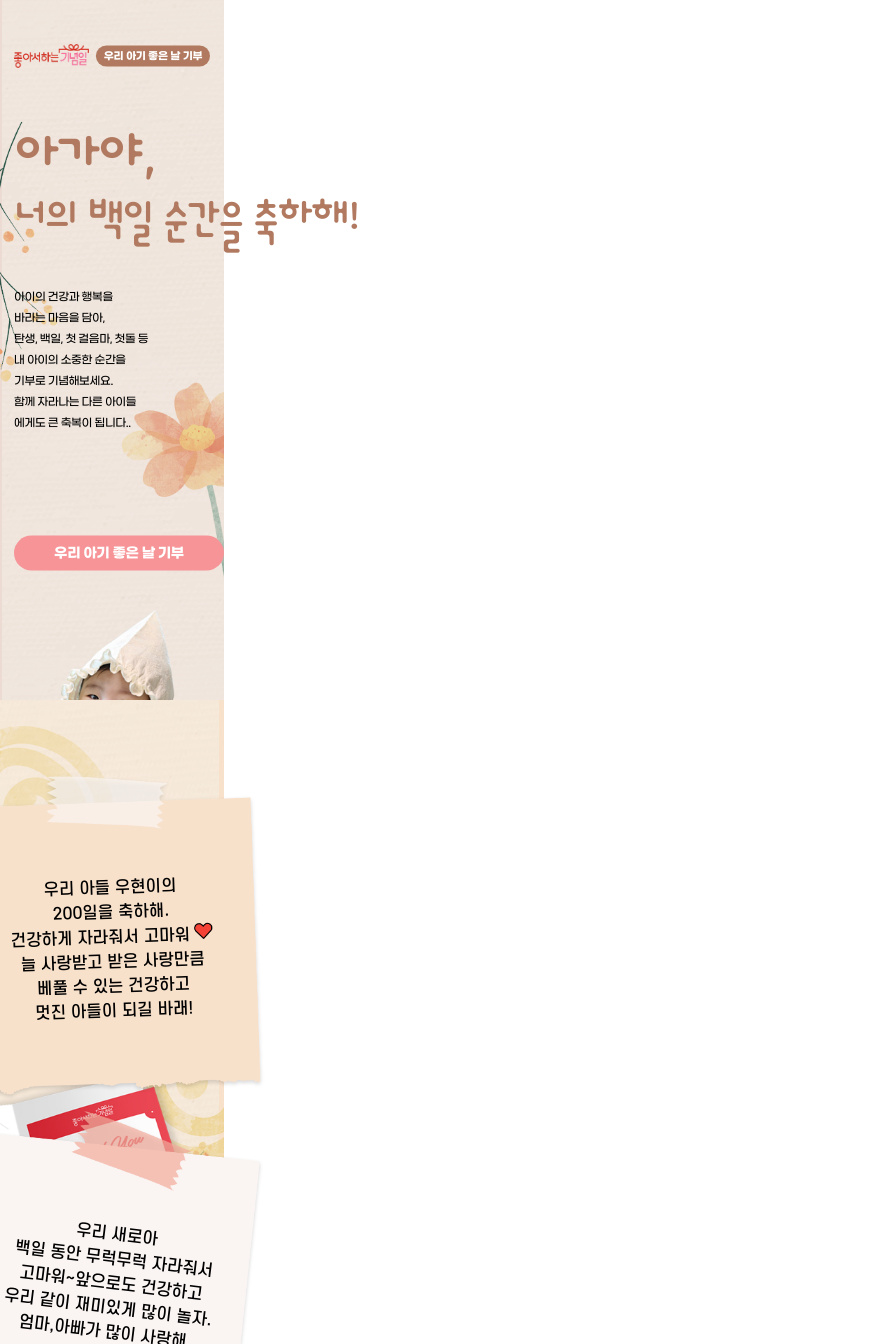
Repository: dlgywls1130/save_the_m320
Page: index.html
An editor plug-in stored every save of this project. The page is shown before and after the next save, followed by the edit.
The browser window is 1280 px wide. The pictures show the part of the page from y = 0 to 1920 px (the page is 10040 px tall), at 70% of full size.

Above is the page before, as saved 2023-12-21 00:42:00.

After the next save:
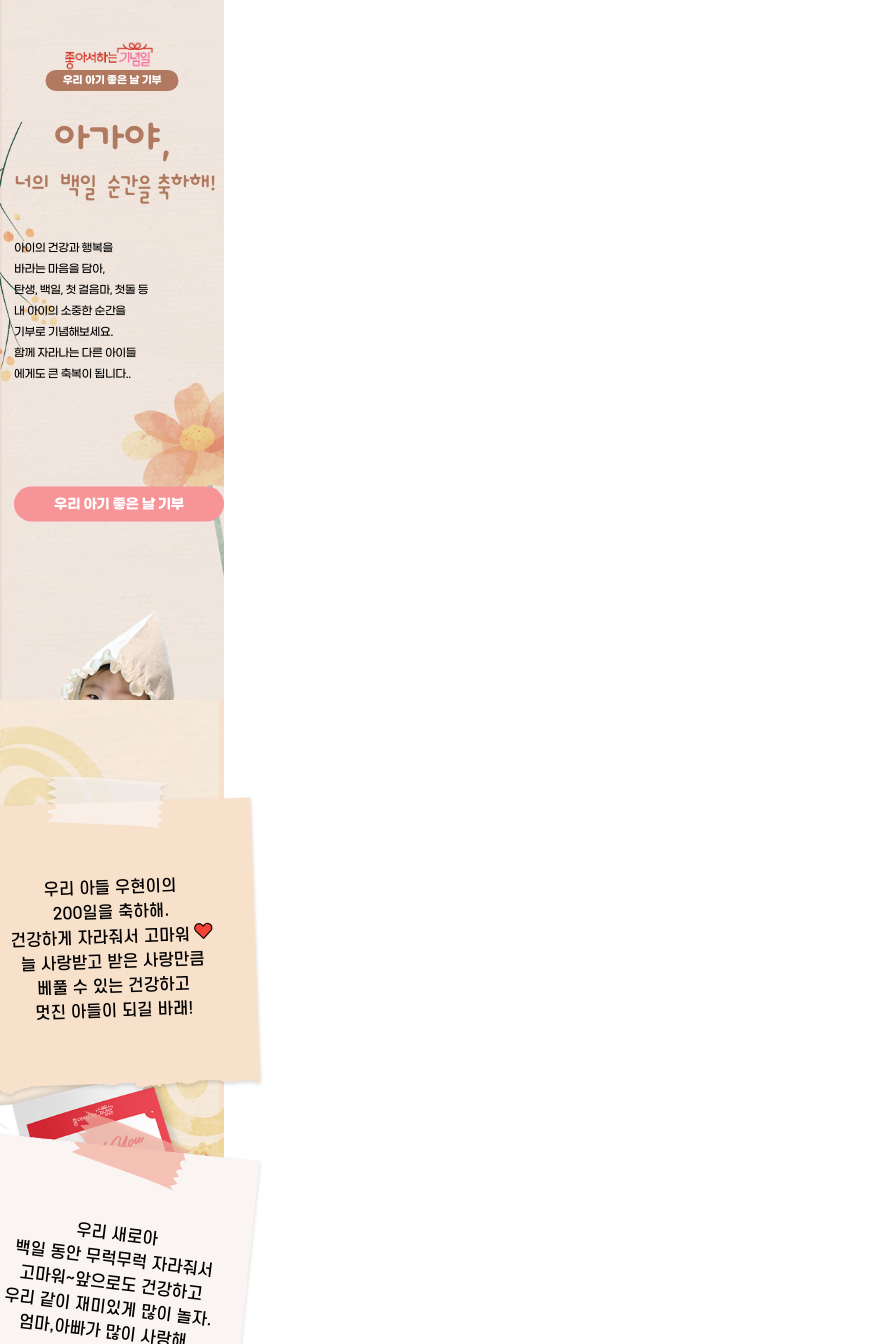
Saved 7 min 8 s later.
--- a/css/style.css
+++ b/css/style.css
@@ -125,7 +125,8 @@
 .se01_sub{
     display: flex;
     align-items: center;
-    margin-bottom: 70px;
+    margin-bottom: 30px;
+    flex-direction: column;
 }
 
 .sub_logo{
@@ -158,15 +159,16 @@
 .seo01_title{
     font-family: 'Dongle',sans-serif;
     font-weight: 500;
-    font-size: 120px;
+    font-size: 100px;
     color: var(--main-color);
     letter-spacing: -0.03em;
+    text-align: center;
 }
 
 .seo01_title_two{
     font-family: 'Dongle',sans-serif;
     font-weight: 500;
-    font-size: 90px;
+    font-size: 50px;
     color: var(--main-color);
     letter-spacing: -0.03em;
     margin-top: -7%;
@@ -174,6 +176,7 @@
     display: flex;
     align-items: center;
     white-space: nowrap;
+    text-align: center;
 }
 
 .seo01_title_two span{
